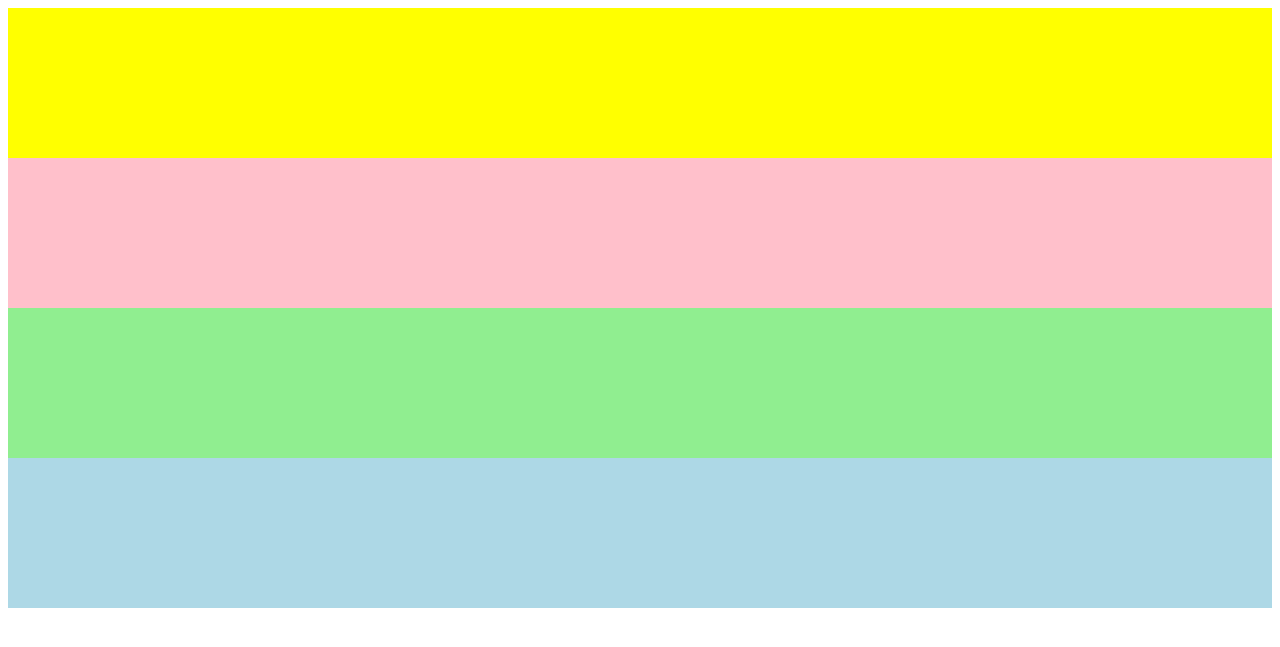
Repository: Yevhen94/nixhw
Page: fourth-lesson/index.html
These files come from the project's save history. The page is drawn as it stood at one moment and after the next save; the edit follows.
The browser window is 1280 px wide. The pictures show the whole page.

Above is the page before, as saved 2022-02-08 13:51:23.

### fourth-lesson/index.html
<!DOCTYPE html>
<html lang="en">
  <head>
    <meta charset="UTF-8" />
    <meta http-equiv="X-UA-Compatible" content="IE=edge" />
    <meta name="viewport" content="width=device-width, initial-scale=1.0" />
    <link rel="stylesheet" href="./styles/index.css" />
    <title>Flex+Grid</title>
  </head>
  <body>
    <div class="first-ex">
      <div class="block block--yellow"></div>
      <div class="block block--yellow"></div>
      <div class="block block--yellow"></div>
      <div class="block block--pink"></div>
      <div class="block block--pink"></div>
      <div class="block block--pink"></div>
      <div class="block block--green"></div>
      <div class="block block--green"></div>
      <div class="block block--green"></div>
      <div class="block block--blue"></div>
      <div class="block block--blue"></div>
      <div class="block block--blue"></div>
    </div>
  </body>
</html>

### fourth-lesson/styles/index.css
.first-ex {
  grid-template-columns: repeat(3, 1fr);
  display: grid;
}

.block {
  min-height: 150px;
  min-width: 150px;
}

.block--yellow {
  background-color: yellow;
}

.block--pink {
  background-color: pink;
}

.block--green {
  background-color: lightgreen;
}

.block--blue {
  background-color: lightblue;
}

After the next save:
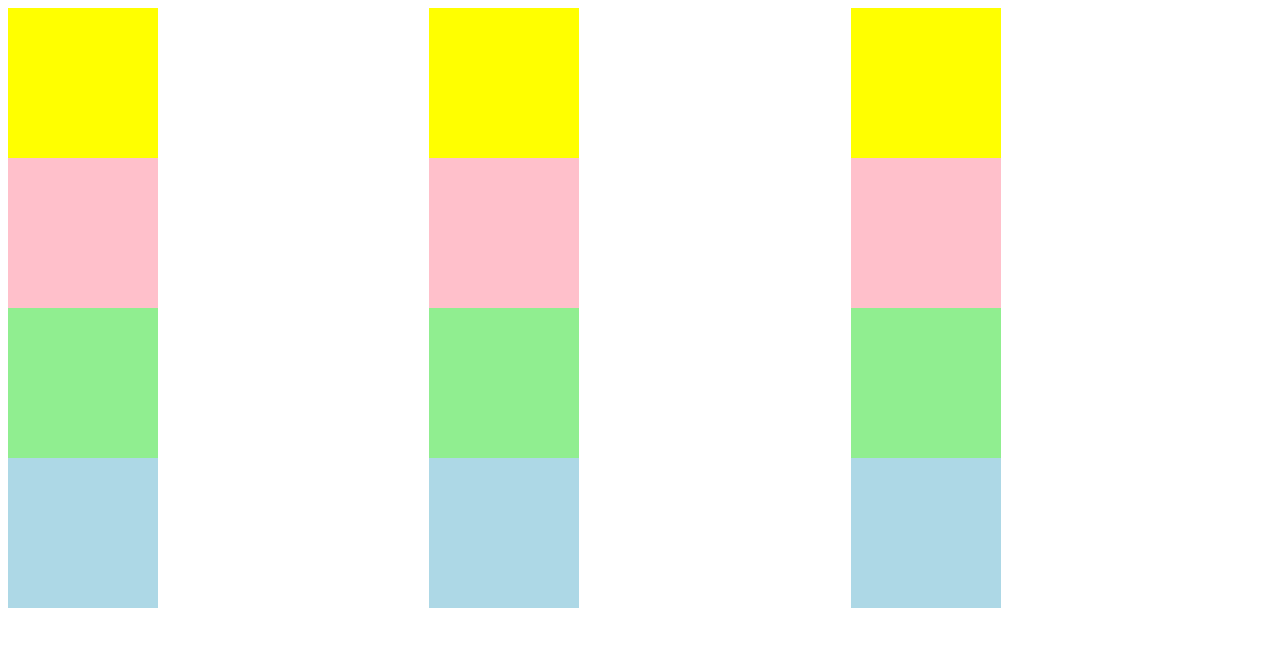
Saved 68 s later.
--- a/fourth-lesson/styles/index.css
+++ b/fourth-lesson/styles/index.css
@@ -1,5 +1,6 @@
 .first-ex {
   grid-template-columns: repeat(3, 1fr);
+  justify-items: start;
   display: grid;
 }
 
